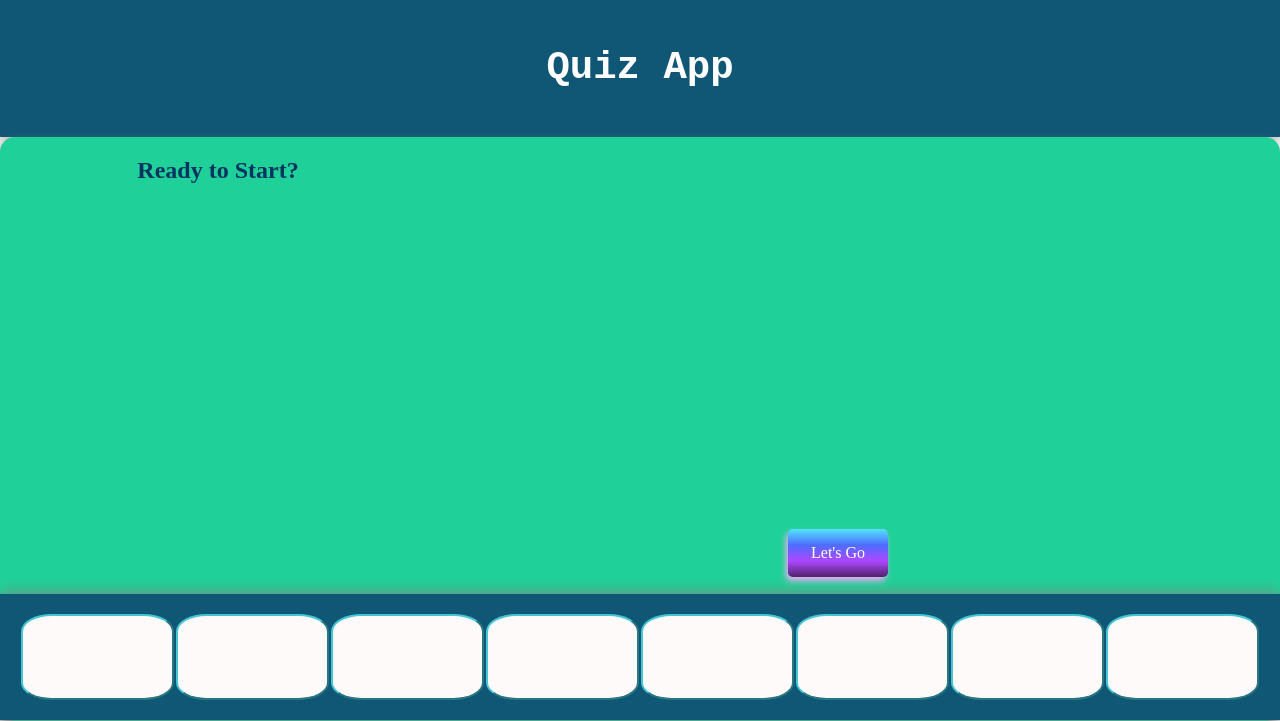
Repository: tpic12/quiz_app
Page: index.html
These files come from the project's save history. The page is drawn as it stood at one moment and after the next save; the edit follows.
The browser window is 1280 px wide. The pictures show the whole page.

Above is the page before, as saved 2019-12-28 15:55:18.

### index.html
<!DOCTYPE html>
<html lang="en">

<head>
  <meta charset="UTF-8">
  <meta name="viewport" content="width=device-width, initial-scale=1.0">
  <meta http-equiv="X-UA-Compatible" content="ie=edge">
  <title>Quiz App</title>
  <link href="https://cdnjs.cloudflare.com/ajax/libs/normalize/8.0.1/normalize.min.css" rel="stylesheet"
    type="text/css" />
  <link href="app.css" rel="stylesheet" type="text/css" />
</head>

<body>
  <header>
    <section class='banner'>
      <h1>Quiz App</h1>
    </section>
  </header>
  <main class='display'>

  </main>
  <footer>
    <section class='counts'>
        <div class='count 0'></div>
        <div class='count 1'></div>
        <div class='count 2'></div>
        <div class='count 3'></div>
        <div class='count 4'></div>
        <div class='count 5'></div>
        <div class='count 6'></div>
        <div class='count 7'></div>
    </section>
  </footer>
  <script src="https://code.jquery.com/jquery-3.4.1.slim.js" crossorigin="anonymous"></script>
  <script src="app.js"></script>
</body>

</html>

### app.css
/* Your styles should be mobile-first and responsive */

/**
  * If you are unclear on how to utilize a mobile-first, responsive technique to write your CSS, here is an example:
  *
  * https://github.com/andreacardybailey/responsive_example/blob/master/styles/responsive-base.css
  *
*/
* {
  box-sizing: border-box;
  margin: 0 auto;
}

.banner h1 {
  font-family: monospace;
  font-size: 3em;
}

.banner,
footer {
  color: white;
  font-family: monospace;
  padding: 20px;
  width: 100%;
  text-align: center;
  background-color: hsl(198, 76%, 26%);
  box-shadow: 0px 0px 15px grey;
  border-bottom: none;
  left: 0;
}

.main_card {
  display: flex;
  min-width: 40vw;
  min-height: 40vh;
  text-align: center;
  justify-content: center;
  align-content: space-around;
  background-color: hsl(161, 74%, 47%);
  border-radius: 15px;
  padding: 20px;
  border: none;
  box-shadow: -2px 6px 12px grey;
}

button {
  color: white;
  margin: 30%;
  margin-bottom: 10%;
  background: linear-gradient(
    180deg,
    hsl(189, 98%, 66%),
    hsl(229, 100%, 65%),
    hsl(273, 100%, 64%),
    hsl(278, 52%, 28%)
  );
  border: none;
  max-width: 130px;
  min-width: 100px;
  border-radius: 5px;
  padding: 15px;
  box-shadow: -2px 4px 6px hsl(294, 81%, 82%);
}

.main_card > form#qForm {
  display: flex;
  flex-flow: column wrap;
  justify-content: center;
  text-align: center;
  margin: 0 auto;
  width: 60vw;
}

.main_card > h2 {
  justify-self: center;
  font-weight: bolder;
  color: hsl(210, 90%, 20%);
}

#qForm > div {
  margin-left: 5vw;
  margin-right: auto;
}

footer {
  position: fixed;
  bottom: 0;
  left: 0;
  max-height: 20vh;
}

.counts {
  display: flex;
  justify-content: space-evenly;
}

.count {
  border: 2px outset hsl(186, 63%, 55%);
  font-family: 'Gill Sans', 'Gill Sans MT', Calibri, 'Trebuchet MS', sans-serif;
  border-radius: 20%;
  flex-direction: row;
  width: 12vw;
  height: 12vh;
  background-color: hsl(0, 100%, 99%);
  padding: 15px;
  -webkit-border-radius: 20%;
  -moz-border-radius: 20%;
  -ms-border-radius: 20%;
  -o-border-radius: 20%;
}

h1 {
  font-family: sans-serif;
}

.green {
  background-color: green !important;
}

.red {
  background-color: red !important;
}

#snackbar > p {
  visibility: hidden;
  min-width: 15vw;

  color: #fff;
  text-align: center;
  align-content: flex-start;
  padding: 5px;
  position: absolute;
  z-index: 1;
  left: ;
  top: -30px;
}

@media screen and (max-width: 450px) {
  .main_card {
    flex-flow: row wrap;
    max-width: 90vw;
  }

  #qForm {
    font-size: 0.8em;
    padding: 5px !important;
    margin: 5px;
    flex-flow: column wrap !important;
  }
  #qForm > div {
    margin-left: 15px;
    margin-right: auto;
  }
  #qForm > input {
    display: inline-block !important;
  }

  #qForm > label {
    display: inline-block !important;
  }
  footer {
    height: 40vh;
    overflow: scroll;
  }
  .counts {
    flex-direction: column;
  }

  .count {
    width: 100%;
    margin: 5px;
    height: 20px;
    border: 1px solid aquamarine;
    border-radius: 0;
    -webkit-border-radius: 0;
    -moz-border-radius: 0;
    -ms-border-radius: 0;
    -o-border-radius: 0;
  }
}

### app.js
/**
 * Example store structure
 */
'use strict';

const STORE = {
  // 5 or more questions are required
  questions: [
    {
      question: 'How many items in a bakers dozen??',
      answers: ['11', '12', '13', '3'],
      correctAnswer: '13'
    },
    {
      question: 'What month is Oktoberfest held?',
      answers: ['September', 'October', 'Every Month', 'August'],
      correctAnswer: 'September'
    },
    {
      question: 'What color is an Orange Blossom?',
      answers: ['Red', 'Orange', 'Pink', 'White'],
      correctAnswer: 'White'
    },
    {
      question: 'Where did the Panama Hat originate?',
      answers: ['Ecuador', 'Panama', 'China', 'Cuba'],
      correctAnswer: 'Ecuador'
    },
    {
      question: 'What are toy marbles made from?',
      answers: ['Plastic', 'Quartz', 'Diamond', 'Glass'],
      correctAnswer: 'Glass'
    },
    {
      question: 'How many gallons are in a ten-gallon hat?',
      answers: [
        'Half a Gallon',
        'Ten-Gallons',
        'Three-Fourths of a Gallon',
        'Give-Gallon'
      ],
      correctAnswer: 'Three-Fourths of a Gallon'
    },
    {
      question: 'What is the biggest animal to ever live?',
      answers: ['Mammoth', 'T-Rex', 'Blue Whale', 'Brontosaurus'],
      correctAnswer: 'Blue Whale'
    },
    {
      question: 'Where is the red-bellied woodpecker predominately red?',
      answers: ['Head', 'Wings', 'Feet', 'Belly'],
      correctAnswer: 'Head'
    }
  ],
  questionNumber: 0,
  score: 0,
  quizStart: false
};

/**
 *
 * Your app should include a render() function, that regenerates
 * the view each time the store is updated. See your course
 * material, consult your instructor, and reference the slides
 * for more details.
 *
 * NO additional HTML elements should be added to the index.html file.
 *
 * You may add attributes (classes, ids, etc) to the existing HTML elements, or link stylesheets or additional scripts if necessary
 *
 */

/**
 * This function renders the quiz after you start, ...
 * answer a question, or restart the quiz
 */
function renderStartQuiz() {
  const mainCard = `<section class="main_card">
      <h2>Ready to Start?</h2>
      <button type='submit' id='start_quiz'>Let's Go</button>
    </section>`;

  $('.display').html(mainCard);

  $('.display').on('click', '#start_quiz', function(event) {
    event.preventDefault();
    STORE.quizStart = true;
    $('.main_card')
      .children()
      .remove();
    handleQuiz();
  });
}
/**
 * renders question one at a time depending on question number
 */
function renderQuestion() {
  if (
    STORE.questionNumber === STORE.questions.length &&
    STORE.questionNumber > 1
  ) {
    renderResults();
  } else {
    const qCard = `<h2>${STORE.questions[STORE.questionNumber].question}</h2>
    <form id="qForm">
<div>
        <input type='radio' name='answer' id='q1' value="${
          STORE.questions[STORE.questionNumber].answers[0]
        }"/><label for='q1' id='0'>${
      STORE.questions[STORE.questionNumber].answers[0]
    }</label>
</div>
<div>
        <input type='radio' name='answer' id='q2' value="${
          STORE.questions[STORE.questionNumber].answers[1]
        }"/><label for='q2' id='1'>${
      STORE.questions[STORE.questionNumber].answers[1]
    }</label></div>

    <div>
        <input type='radio' name='answer' id='q3' value="${
          STORE.questions[STORE.questionNumber].answers[2]
        }"/><label for='q3' id='2'>${
      STORE.questions[STORE.questionNumber].answers[2]
    }</label>
</div><div>
        <input type='radio' name='answer' id='q4' value="${
          STORE.questions[STORE.questionNumber].answers[3]
        }"/><label for='q4' id='3'>${
      STORE.questions[STORE.questionNumber].answers[3]
    }</label></div><br>
    <form>
    <button type='submit' id='submit_answer'>Final Answer</button>`;

    $('.main_card').html(qCard);
    $('input:checked').on('su');
    $('.main_card').on('click', '#submit_answer', function(event) {
      event.preventDefault();
      checkAnswer();
      //original next question spot

      $('.main_card')
        .children()
        .remove();

      handleQuiz();
    });
  }
}
/**
 * renders results page

 */

function generateResults(finalScore, numberOfQuestions) {
  return `<h2>You scored ${finalScore} out of ${numberOfQuestions}!</h2><button id='restart'>Restart Quiz</button>`;
}

/* Render results element with button that restarts the quiz*/
function renderResults() {
  let score = STORE.score;
  let num = STORE.questionNumber;

  $('.main_card').html(generateResults(score, num));
  $('#restart').click(function(event) {
    event.preventDefault();
    console.log('Restarting Quiz');

    STORE.questionNumber = 0;
    STORE.score = 0;
    $('.count')
      .removeClass('snackbar')
      .removeClass('red')
      .removeClass('green')
      .removeClass('show')
      .text('');
    renderStartQuiz();
  });
}

/**
 * this function checks the correctnes of the answer
 */
function checkAnswer() {
  let form = document.getElementById('qForm');
  let ans = form['answer'];
  for (let i = 0; i < ans.length; i++) {
    //is a button checked
    if (ans[i].checked) {
      //compare value of ans[i] to correct answer
      if (
        ans[i].value === STORE.questions[STORE.questionNumber].correctAnswer
      ) {
        scoreKeeper(true);
      } else {
        scoreKeeper(false);
      }
    }
  }
}

function generateAnswerSnackbar(questionAnswer) {
  return `<div class=.${STORE.questionNumber}>
              <p>Sorry, the correct answer is ${questionAnswer}</p>
          </div>`;
}

function scoreKeeper(bool) {
  if (bool === true) {
    console.log('plus 1 point');
    STORE.score++;
    $(`.${STORE.questionNumber}`)
      .addClass('green')
      .addClass('snackbar')
      .html(`<p>Correct!</p>`);
    $('section.main_card');
    console.log('next q!');
    STORE.questionNumber++;
  }
  if (bool === false) {
    console.log('no points for you');
    $(`.${STORE.questionNumber}`)
      .addClass('red')
      .addClass('snackbar')
      .html(
        generateAnswerSnackbar(
          STORE.questions[STORE.questionNumber].correctAnswer
        )
      );
    console.log('next q!');
    STORE.questionNumber++;
  }
}

function handleQuiz() {
  if (STORE.quizStart === false) {
    renderStartQuiz();
  } else {
    renderQuestion();
  }
}

$(handleQuiz);

After the next save:
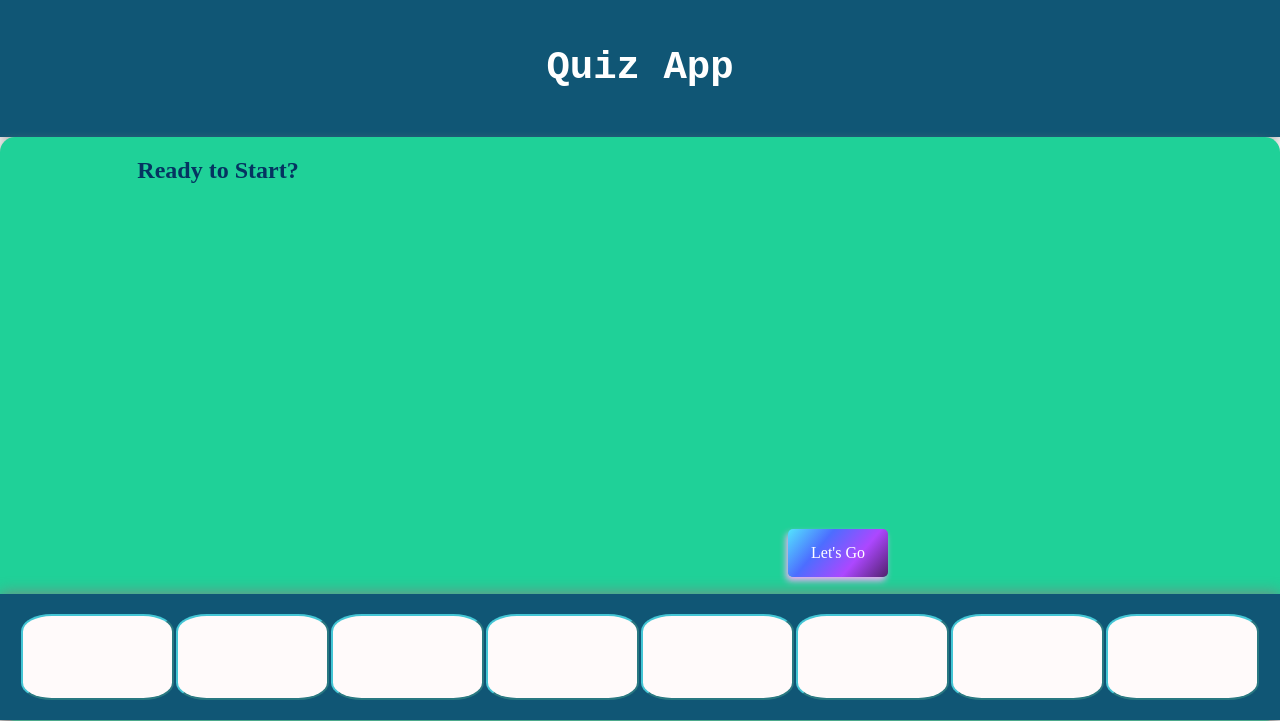
Saved 6 s later.
--- a/app.css
+++ b/app.css
@@ -48,7 +48,7 @@ button {
   margin: 30%;
   margin-bottom: 10%;
   background: linear-gradient(
-    180deg,
+    130deg,
     hsl(189, 98%, 66%),
     hsl(229, 100%, 65%),
     hsl(273, 100%, 64%),
